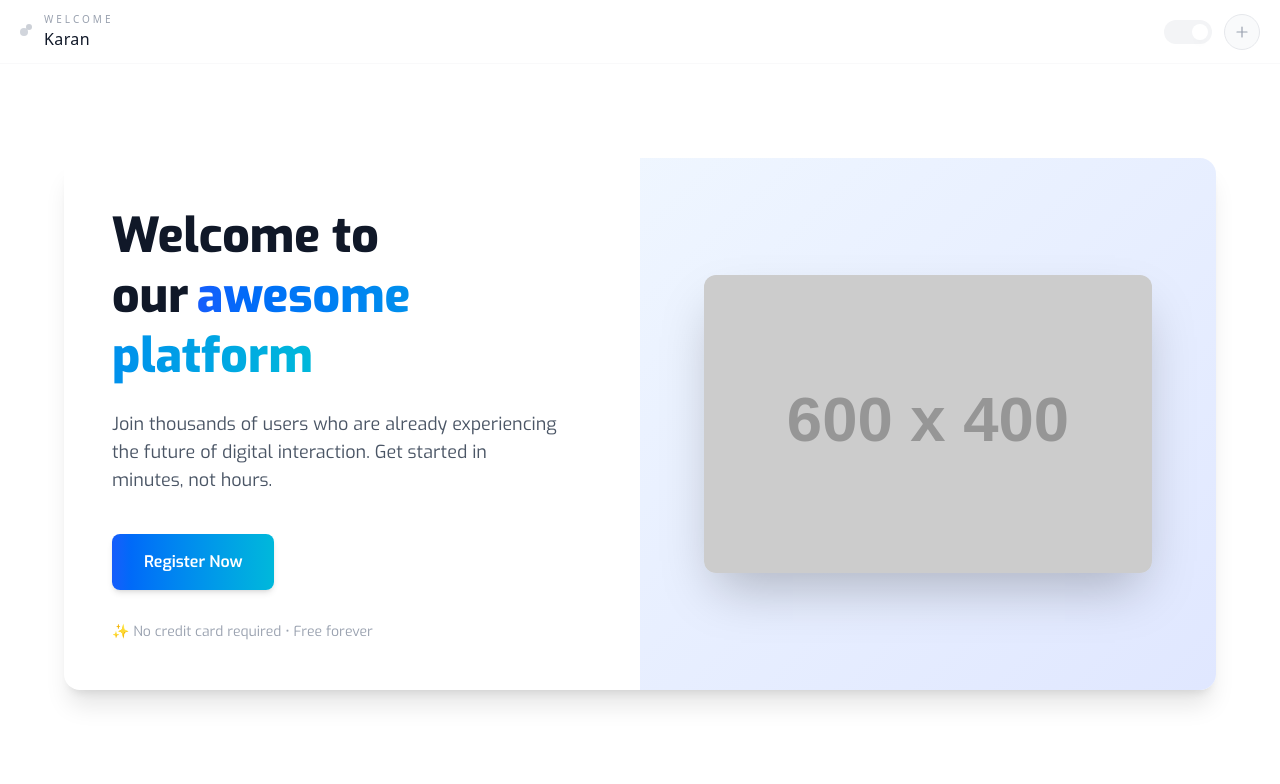
Repository: deepak445566/job
Page: / (app in frontend/)
The author's editor kept a copy of each file at every save. The page is drawn from the files as they stood at one save, then again after the next save.
The browser window is 1280 px wide. The pictures show the whole page.
The page's requests for data from a server got no answer. Some web fonts or font styles are not loaded; a fallback is used. The project was rebuilt for these pictures with package versions that can differ from the ones it lists, and the page was loaded fresh each time. Some packages were replaced by stand-ins written for this rebuild. No one was signed in, and anything a server would have sent is missing. Also part of the build but not shown: frontend/vite.config.js, frontend/src/Components/auth/Login.jsx, frontend/src/Components/study/StudyDashboard.jsx, frontend/src/Components/chill/ChillDashboard.jsx.

Above is the page before, as saved 2026-02-26 13:56:53.

### frontend/index.html
<!doctype html>
<html lang="en">
  <head>
    <meta charset="UTF-8" />
    <link rel="icon" type="image/svg+xml" href="/vite.svg" />
    <meta name="viewport" content="width=device-width, initial-scale=1.0" />
    <title>frontend</title>
    <link rel="preconnect" href="https://fonts.googleapis.com">
<link rel="preconnect" href="https://fonts.gstatic.com" crossorigin>
<link href="https://fonts.googleapis.com/css2?family=Exo:ital,wght@0,100..900;1,100..900&family=Playfair+Display:ital,wght@0,400..900;1,400..900&display=swap" rel="stylesheet">
  </head>
  <body>
    <div id="root"></div>
    <script type="module" src="/src/main.jsx"></script>
  </body>
</html>

### frontend/src/main.jsx
import { StrictMode } from 'react'
import { createRoot } from 'react-dom/client'
import './index.css'
import App from './App.jsx'
import {BrowserRouter} from 'react-router-dom'
import { AppContextProvider } from './context/AppContextProvider.jsx'




createRoot(document.getElementById('root')).render(
  <BrowserRouter>
  <AppContextProvider>
  <StrictMode>
    <App />
  </StrictMode>
  </AppContextProvider>
  </BrowserRouter>
)

### frontend/src/index.css
@import "tailwindcss";
.exo{
  font-family: "Exo", sans-serif;

  font-style: normal;
}

### frontend/src/App.jsx
import React from "react";
import Login from "./Components/auth/Login";
import { Route, Routes } from "react-router-dom";
import Dashboard from "./Components/Dashboard";
import { useAppContext } from "./context/AppContextProvider";
import Navbar from "./Components/common/Navbar";

function App() {
  const { showLogin } = useAppContext(); // user bhi lein context se

  return (
    <div>
      {/* Navbar hamesha dikhega */}
      <Navbar />

      {/* Login modal - tabhi dikhega jab showLogin true ho */}
      {showLogin && <Login />}

      <Routes>
        <Route path="/" element={<Dashboard />} />
      </Routes>
    </div>
  );
}

export default App;

### frontend/src/context/AppContextProvider.jsx
import { useContext, useEffect, useState } from "react";
import { useNavigate } from "react-router-dom";
import axios from "axios";
import { AppContext } from "./AppContext";
import toast from 'react-hot-toast';

axios.defaults.withCredentials = true;
axios.defaults.baseURL = import.meta.env.VITE_BACKEND_URL;
console.log("Base URL:", import.meta.env.VITE_BACKEND_URL);

export const AppContextProvider = ({ children }) => {
  const navigate = useNavigate();
  const [user, setUser] = useState(null);
  const [mode, setMode] = useState('chill'); // Default 'chill' ya 'study'
  const [showLogin, setShowLogin] = useState(false);
  const [loading, setLoading] = useState(true);

  const fetchUser = async () => {
    try {
      const { data } = await axios.get("/api/auth/isauth");
      if (data.success) {
        setUser(data.user);
        // User login hai toh uski mode fetch karo
        fetchUserMode();
      }
    } catch (error) {
      setUser(null);
    } finally {
      setLoading(false);
    }
  };

  // User ka mode fetch karne ka function
  const fetchUserMode = async () => {
    try {
      const { data } = await axios.get("/api/mode/");
      if (data.success) {
        setMode(data.mode);
      }
    } catch (error) {
      console.log("Error fetching mode:", error);
    }
  };

  // Mode toggle karne ka function
  const toggleMode = async () => {
    if (!user) {
      toast.error("Please login first");
      setShowLogin(true);
      return;
    }

    try {
      const { data } = await axios.put("/api/mode/switch");
      if (data.success) {
        setMode(data.mode);
        toast.success(data.message);
      }
    } catch (error) {
      toast.error(error.response?.data?.message || "Error switching mode");
    }
  };

  useEffect(() => {
    fetchUser();
  }, []);

  return (
    <AppContext.Provider
      value={{
        navigate,
        user,
        setUser,
        axios,
        setShowLogin,
        showLogin,
        mode,
        setMode,
        toggleMode,
        loading
      }}
    >
      {children}
    </AppContext.Provider>
  );
};

export const useAppContext = () => useContext(AppContext);

### frontend/src/Components/Dashboard.jsx
// components/Dashboard.jsx
import React from 'react';
import { useAppContext } from '../context/AppContextProvider';
import StudyDashboard from './study/StudyDashboard';
import ChillDashboard from './chill/ChillDashboard';

function Dashboard() {
  const { mode, user, setShowLogin, loading } = useAppContext();

  // Loading state
  if (loading) {
    return (
      <div className="min-h-screen flex items-center justify-center">
        <div className="text-center">
          <div className="w-16 h-16 border-4 border-blue-500 border-t-transparent rounded-full animate-spin mx-auto mb-4"></div>
          <p className="text-gray-600">Loading dashboard...</p>
        </div>
      </div>
    );
  }

  // Agar user login nahi hai
  if (!user) {
    return (
     <div className="min-h-screen  flex items-center justify-center p-4 sm:p-6 exo">
      {/* Main content card - adds a subtle container, but you can remove it for a full-width layout */}
      <div className="max-w-6xl w-full  shadow-xl rounded-2xl overflow-hidden flex flex-col md:flex-row">

        {/* Left side: Text and button */}
        <div className="w-full md:w-1/2 p-8 sm:p-10 lg:p-12 flex flex-col justify-center space-y-6">
          {/* Heading */}
          <h1 className="text-4xl sm:text-5xl font-extrabold text-gray-900 leading-tight">
            Welcome to our
            <span className="text-transparent bg-clip-text bg-gradient-to-r from-blue-600 to-cyan-500 block sm:inline sm:ml-2">
              awesome platform
            </span>
          </h1>

          {/* Paragraph */}
          <p className="text-lg text-gray-600 max-w-md">
            Join thousands of users who are already experiencing the future of digital interaction. Get started in minutes, not hours.
          </p>

          {/* Register Now Button */}
          <div className="pt-4">
            <button className="px-8 py-4 bg-gradient-to-r from-blue-600 to-cyan-500 text-white font-semibold rounded-lg shadow-md hover:shadow-lg transform hover:scale-105 transition-all duration-300 ease-in-out focus:outline-none focus:ring-2 focus:ring-blue-400 focus:ring-offset-2">
              Register Now
            </button>
          </div>

          {/* Optional extra trust indicator */}
          <p className="text-sm text-gray-400 pt-2">✨ No credit card required • Free forever</p>
        </div>

        {/* Right side: Image */}
        <div className="w-full md:w-1/2 bg-gradient-to-br from-blue-50 to-indigo-100 flex items-center justify-center p-8 sm:p-10 lg:p-12">
          {/*
            Using a placeholder image from placeholder.com.
            Replace the src with your own image.
            The image is made responsive with object-fit to maintain aspect ratio.
          */}
          <img
            src="https://placehold.co/600x400/3b82f6/ffffff/png?text=Your+Image+Here&font=montserrat"
            alt="Hero visual representing our platform"
            className="w-full h-auto max-w-md rounded-xl shadow-2xl object-cover transform hover:scale-105 transition-transform duration-500"
          />
        </div>
      </div>
    </div>
    );
  }

  // Mode ke hisaab se dashboard render karo
  return (
    <div className="transition-all duration-500">
      {mode === 'study' ? <StudyDashboard /> : <ChillDashboard />}
    </div>
  );
}

export default Dashboard;

### frontend/src/Components/common/Navbar.jsx
import React, { useState } from "react";
import { useAppContext } from "../../context/AppContextProvider";
import toast from "react-hot-toast";

function Navbar() {
  const { user, setUser, axios, setShowLogin, navigate, mode, toggleMode } =
    useAppContext();
  const [loggingOut, setLoggingOut] = useState(false);
  const [togglingMode, setTogglingMode] = useState(false);
  const [showProfileMenu, setShowProfileMenu] = useState(false);

  const handleLogout = async () => {
    try {
      setLoggingOut(true);
      const { data } = await axios.post("/api/auth/logout");
      if (data.success) {
        setUser(null);
        setShowLogin(true);
        toast.success("Logged out successfully");
        navigate("/");
      } else {
        toast.error(data.message || "Logout failed");
      }
    } catch (error) {
      toast.error(error.response?.data?.message || "Error logging out");
    } finally {
      setLoggingOut(false);
      setShowProfileMenu(false);
    }
  };

  const handleToggleMode = async () => {
    try {
      setTogglingMode(true);
      await toggleMode();
    } catch (error) {
      console.error("Error toggling mode:", error);
    } finally {
      setTogglingMode(false);
    }
  };

  const handleProfileClick = () => {
    if (user) {
      setShowProfileMenu(!showProfileMenu);
    } else {
      setShowLogin(true);
    }
  };

  // Get first letter of name for avatar
  const getInitial = () => {
    if (user?.username) return user.username[0].toUpperCase();
    if (user?.email) return user.email[0].toUpperCase();
    return 'K';
  };

  return (
    <nav className="bg-white/80 backdrop-blur-xl px-5 py-3 border-b border-gray-100/50 sticky top-0 z-50">
      <div className="flex justify-between items-center max-w-7xl mx-auto">
        {/* Left Side - Minimal Luxury Greeting */}
        <div className="flex items-center gap-4">
          {/* Ultra-minimal greeting dot */}
          <div className="relative">
            <div className="w-2 h-2 bg-gray-300 rounded-full"></div>
            <div className="absolute -top-1 -right-1 w-1.5 h-1.5 bg-gray-400 rounded-full opacity-50"></div>
          </div>

          {/* Name with exquisite typography */}
          <div className="flex flex-col">
            <span className="text-[10px] uppercase tracking-[0.3em] text-gray-400 font-light">
              Welcome
            </span>
            <div className="flex items-center gap-2">
              <span className="text-base font-light text-gray-900 tracking-wide">
                {user?.username || user?.email?.split('@')[0] || 'Karan'}
              </span>
              {user && (
                <span className="w-1 h-1 bg-gray-300 rounded-full"></span>
              )}
            </div>
          </div>
        </div>

        {/* Right Side - Ultra Minimal Actions */}
        <div className="flex items-center gap-3">
          {/* Mode Toggle - Refined Switch */}
          <button
            onClick={handleToggleMode}
            disabled={togglingMode || !user}
            className={`relative w-12 h-6 rounded-full transition-all duration-700 ${
              user
                ? mode === 'study'
                  ? 'bg-gray-900'
                  : 'bg-gray-400'
                : 'bg-gray-100 cursor-not-allowed'
            }`}
            title={!user ? "Login to switch mode" : `Switch to ${mode === 'study' ? 'Chill' : 'Study'}`}
          >
            <span
              className={`absolute top-1 left-1 w-4 h-4 bg-white rounded-full shadow-xl transform transition-all duration-500 ease-in-out ${
                mode === 'chill' ? 'translate-x-6' : ''
              }`}
            />
          </button>

          {/* Profile - Museum Quality */}
          <div className="relative">
            <button
              onClick={handleProfileClick}
              className="group relative focus:outline-none"
            >
              {/* Ultra subtle ring */}
              {user && (
                <div className="absolute -inset-0.5 bg-gradient-to-r from-gray-200 to-gray-300 rounded-full opacity-0 group-hover:opacity-100 transition-opacity duration-500 blur-[1px]"></div>
              )}

              {/* Minimal Avatar */}
              <div className={`relative w-9 h-9 rounded-full flex items-center justify-center transition-all duration-300 ${
                user
                  ? 'bg-gray-900 text-white border border-white/20'
                  : 'bg-gray-50 text-gray-400 border border-gray-200'
              }`}>
                {user ? (
                  <span className="text-xs font-light tracking-wider">{getInitial()}</span>
                ) : (
                  <svg width="16" height="16" viewBox="0 0 16 16" fill="none" xmlns="http://www.w3.org/2000/svg">
                    <path d="M8 3V13M3 8H13" stroke="currentColor" strokeWidth="1.2" strokeLinecap="round"/>
                  </svg>
                )}
              </div>
            </button>

            {/* Profile Menu - Minimal Luxury Dropdown */}
            {showProfileMenu && user && (
              <>
                {/* Backdrop */}
                <div
                  className="fixed inset-0 z-40"
                  onClick={() => setShowProfileMenu(false)}
                />

                {/* Menu Card - Like a luxury boutique */}
                <div className="absolute right-0 mt-3 w-56 bg-white/95 backdrop-blur-xl rounded-2xl shadow-[0_20px_40px_-15px_rgba(0,0,0,0.1)] border border-gray-100/80 z-50 overflow-hidden">
                  {/* User Info - Minimal */}
                  <div className="px-5 py-4 border-b border-gray-100/50">
                    <p className="text-xs text-gray-400 uppercase tracking-[0.2em] mb-2 font-light">
                      Account
                    </p>
                    <p className="text-sm font-medium text-gray-900 mb-0.5">
                      {user.username || 'User'}
                    </p>
                    <p className="text-xs text-gray-400 truncate font-light">
                      {user.email || 'user@example.com'}
                    </p>
                  </div>

                  {/* Menu Items - Refined */}
                  <div className="p-2">
                    <button
                      onClick={() => {
                        setShowProfileMenu(false);
                        navigate('/profile');
                      }}
                      className="w-full px-4 py-2.5 text-left hover:bg-gray-50/80 rounded-xl transition-all duration-200 flex items-center gap-3 text-gray-600 group"
                    >
                      <span className="text-sm opacity-50 group-hover:opacity-100 transition-opacity">👤</span>
                      <span className="text-xs font-light tracking-wide">Profile</span>
                    </button>

                    <button
                      onClick={() => {
                        setShowProfileMenu(false);
                        navigate('/settings');
                      }}
                      className="w-full px-4 py-2.5 text-left hover:bg-gray-50/80 rounded-xl transition-all duration-200 flex items-center gap-3 text-gray-600 group"
                    >
                      <span className="text-sm opacity-50 group-hover:opacity-100 transition-opacity">⚙️</span>
                      <span className="text-xs font-light tracking-wide">Settings</span>
                    </button>

                    <div className="h-px bg-gray-100/50 my-2"></div>

                    <button
                      onClick={handleLogout}
                      disabled={loggingOut}
                      className="w-full px-4 py-2.5 text-left hover:bg-red-50/50 rounded-xl transition-all duration-200 flex items-center gap-3 text-red-400 group"
                    >
                      <span className="text-sm opacity-50 group-hover:opacity-100 transition-opacity">🚪</span>
                      <span className="text-xs font-light tracking-wide flex-1">
                        {loggingOut ? "Exiting..." : "Sign out"}
                      </span>
                      {loggingOut && (
                        <span className="w-3 h-3 border border-red-300 border-t-transparent rounded-full animate-spin" />
                      )}
                    </button>
                  </div>
                </div>
              </>
            )}
          </div>
        </div>
      </div>
    </nav>
  );
}

export default Navbar;

Loaded but not shown: frontend/src/context/AppContext.jsx (common file)

After the next save:
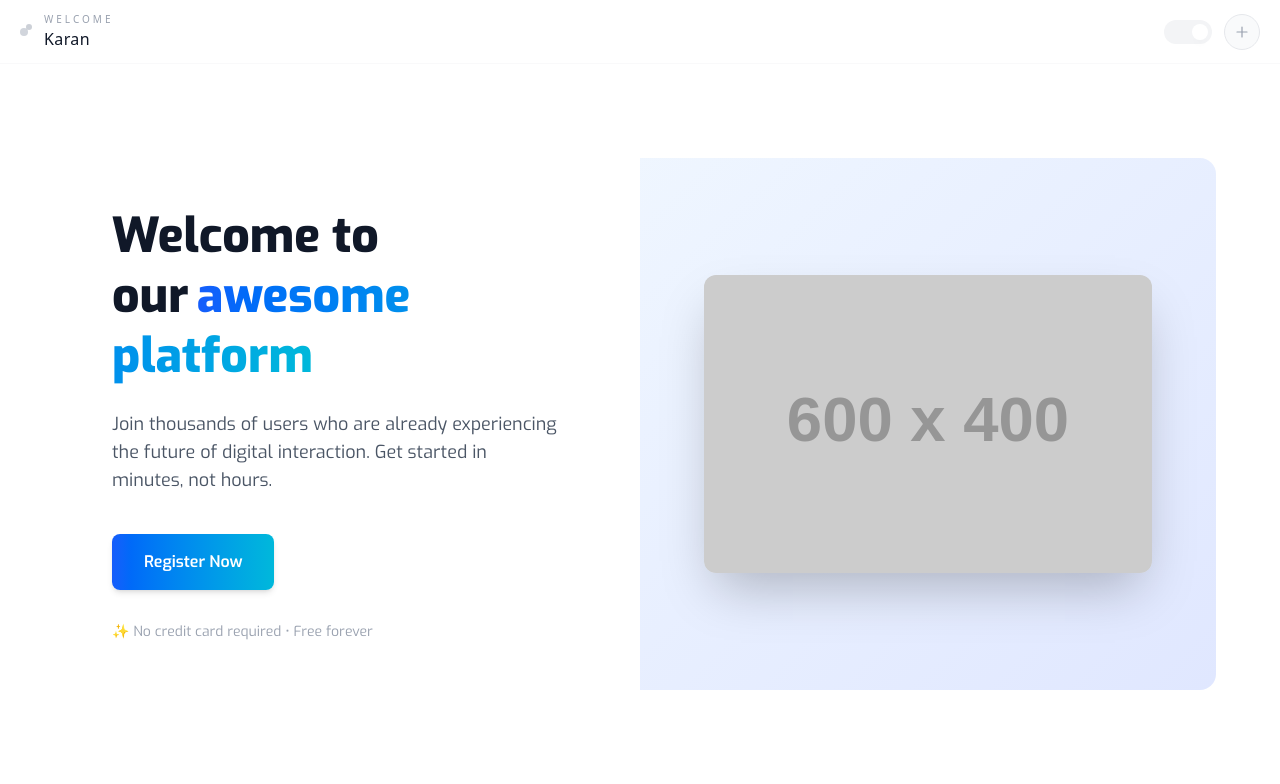
Saved 11 s later.
--- a/frontend/src/Components/Dashboard.jsx
+++ b/frontend/src/Components/Dashboard.jsx
@@ -24,7 +24,7 @@ function Dashboard() {
     return (
      <div className="min-h-screen  flex items-center justify-center p-4 sm:p-6 exo">
       {/* Main content card - adds a subtle container, but you can remove it for a full-width layout */}
-      <div className="max-w-6xl w-full  shadow-xl rounded-2xl overflow-hidden flex flex-col md:flex-row">
+      <div className="max-w-6xl w-full   rounded-2xl overflow-hidden flex flex-col md:flex-row">
 
         {/* Left side: Text and button */}
         <div className="w-full md:w-1/2 p-8 sm:p-10 lg:p-12 flex flex-col justify-center space-y-6">
